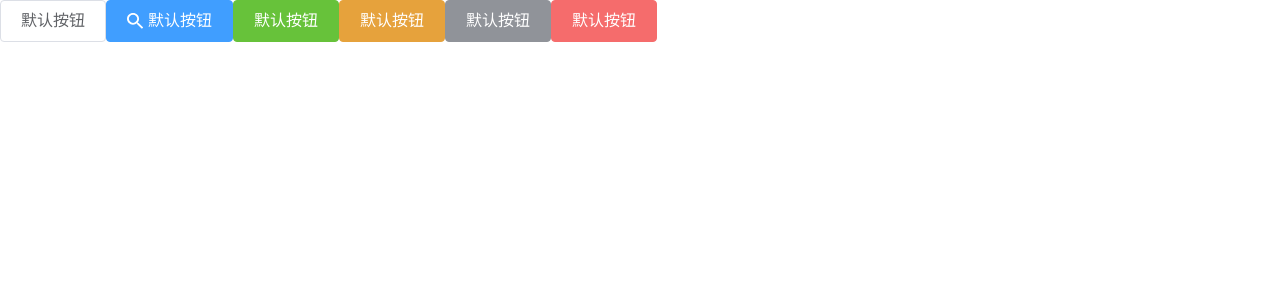
Repository: onlyadaydreamer/dreamer-ui
Page: /
The author's editor kept a copy of each file at every save. The page is drawn from the files as they stood at one save, then again after the next save.
The browser window is 1280 px wide. The pictures show the whole page.
The project was rebuilt for these pictures with package versions that can differ from the ones it lists, and the page was loaded fresh each time. Also part of the build but not shown: src/styles/icon.js, src/packages/index.js.

Above is the page before, as saved 2020-05-13 15:26:31.

After the next save:
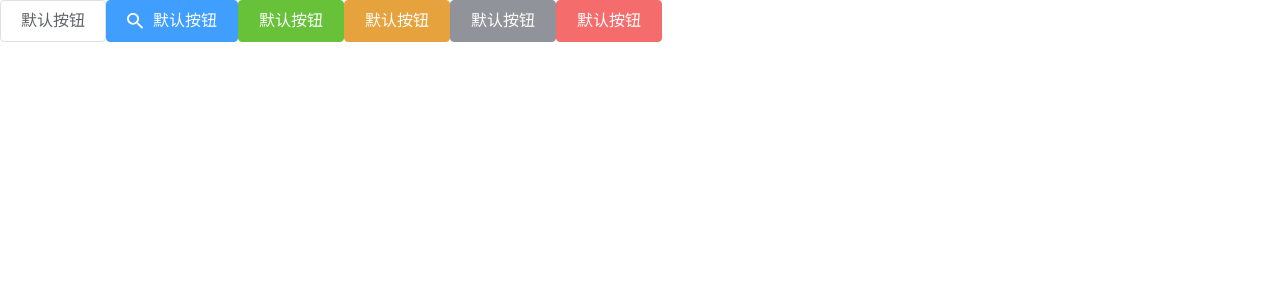
Saved 9 s later.
--- a/src/packages/button.vue
+++ b/src/packages/button.vue
@@ -128,7 +128,7 @@ $active-color: #3a8ee6;
         height: 16px;
     }
     .icon + span {// 如果icon后面有span标签的话
-        margin-left: 5px;
+        margin-left: 10px;
     }
 }
 </style>
